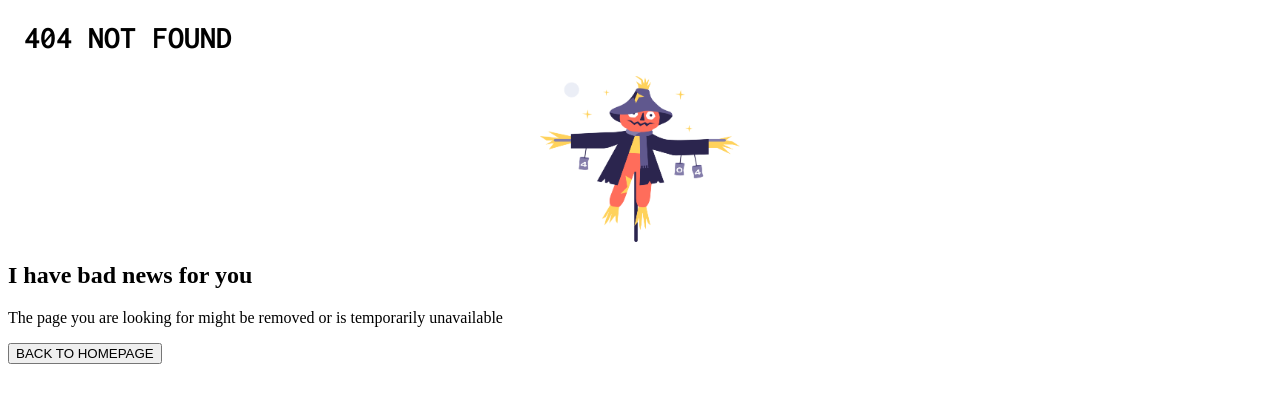
Repository: kellyalves87/404_not_found
Page: index.html
These files come from the project's save history. The page is drawn as it stood at one moment and after the next save; the edit follows.
The browser window is 1280 px wide. The pictures show the whole page.

Above is the page before, as saved 2021-05-16 14:46:06.

### index.html
<!DOCTYPE html>
<html lang="en">

<head>
  <meta charset="utf-8" />
  <meta name="viewport" content="width=device-width, initial-scale=1,
  maximum-scale=5" />
  <link rel="icon" href="./assets/devchallenges.png" />
  <link rel="shortcut icon" type="image/x-icon" href="https://devchallenges.io/" />
  <link rel="preconnect" href="https://fonts.gstatic.com">
  <link href="https://fonts.googleapis.com/css2?family=Inconsolata:wght@700&family=Space+Mono:wght@400;700&display=swap"
    rel="stylesheet">
  <link rel="stylesheet" href="./style/index.css">
  <title>Devchallenges</title>
</head>

<header class="header">
  <h1>404 NOT FOUND</h1>
</header>

<body>
    <img src="./assets/Scarecrow.png" alt="straw man">
  <div class="content">
    <h2>I have bad news for you</h2>
    <p>The page you are looking for might be removed or is temporarily unavailable</p>
    <button type="button">BACK TO HOMEPAGE</button>
  </div>
</body>

</html>

### style/index.css
/* Mobile first */

.header {
    font-family: inconsolata;
    font-size: 1rem;
    margin: 1rem;
}

img {
    display: flex;
    margin: auto;
    width: 200px;
}

.content h2 p {
    font-family: Space Mono;
}

After the next save:
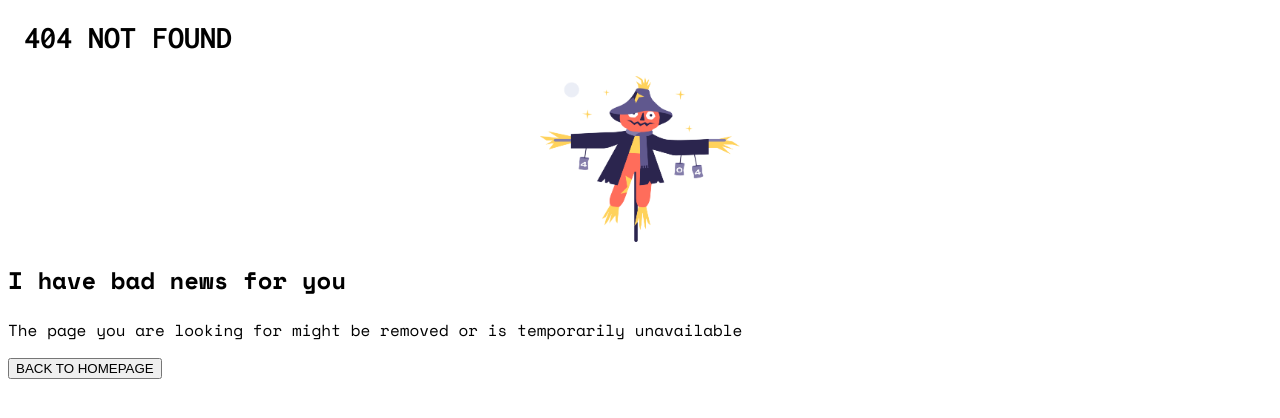
Saved 6 s later.
--- a/style/index.css
+++ b/style/index.css
@@ -12,6 +12,6 @@ img {
     width: 200px;
 }
 
-.content h2 p {
+.content h2, p {
     font-family: Space Mono;
 }
